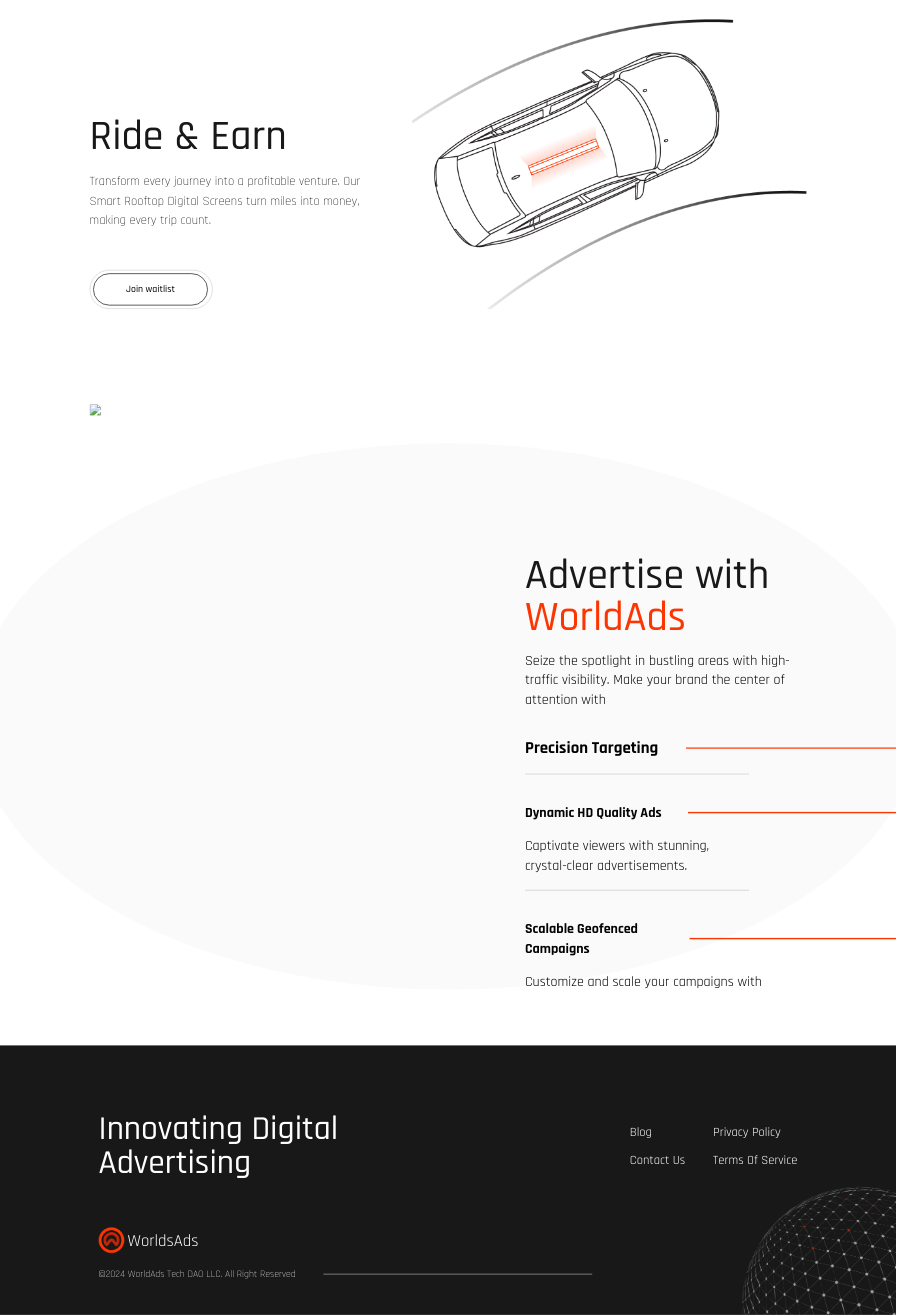
Repository: Abdul-Hannan232/worldAds
Page: /
The author's editor kept a copy of each file at every save. The page is drawn from the files as they stood at one save, then again after a run of saves.
The browser window is 1280 px wide. The page is 1283 px wide, so the pictures cover 1283 px, including what lies to the right of the window. The pictures show the part of the page from y = 2099 to 3979 px (the page is 3979 px tall), at 70% of full size.
An inner scrolling area shows only its first screen. The project was rebuilt for these pictures with package versions that can differ from the ones it lists, and the page was loaded fresh each time. The framework's server and built-in components were replaced by stand-ins that run in the browser. Also part of the build but not shown: next.config.mjs, app/component/NavContent.jsx.

Above is the page before, as saved 2024-05-09 20:25:03.

### app/page.tsx
import Image from "next/image";
import Header from "./component/Header"
import Main from "./component/Main";
import NavContent from "./component/NavContent";
import Advertise from "./component/advertise"
import Footer from "./component/footer"
import NodeOperator  from "./component/nodeOperator"
import RideEarn from "./component/rideEarn"
export default function Home() {
  return (
    <>
      <div>
        <Header />
        <Main />

        <NodeOperator/>
     <RideEarn/>
      <Advertise/>
      <Footer/>
      </div>
    </>
  );
}

### app/globals.css
@import url('https://fonts.googleapis.com/css2?family=Exo+2:ital,wght@0,100..900;1,100..900&family=Rajdhani:wght@300;400;500;600;700&display=swap');

@tailwind base;
@tailwind components;
@tailwind utilities;
html{
  scroll-behavior: smooth;
}
*{
  font-family: "Rajdhani", sans-serif;
  font-weight: 400;
  font-style: normal;
}
.background{
  background-image: url("/background.png");
  background-position: center;
  background-repeat: no-repeat;
  background-size: cover;

}
:root {
  --foreground-rgb: 0, 0, 0;
  --background-start-rgb: 214, 219, 220;
  --background-end-rgb: 255, 255, 255;
}

@media (prefers-color-scheme: dark) {
  :root {
    --foreground-rgb: 255, 255, 255;
    --background-start-rgb: 0, 0, 0;
    --background-end-rgb: 0, 0, 0;
  }
}

/* body {
  color: rgb(var(--foreground-rgb));
  background: linear-gradient(
      to bottom,
      transparent,
      rgb(var(--background-end-rgb))
    )
    rgb(var(--background-start-rgb));
} */

@layer utilities {
  .text-balance {
    text-wrap: balance;
  }
}

@font-face {
  font-family: 'font1';
  src: url('/assets/fonts/conthrax-sb.otf');
}

.font1{
  font-family: "font1" !important;
}

*{
  box-sizing: border-box !important
}

.gradient-color{
  background: radial-gradient(50% 50% at 50% 50%, #FC3603 11%, #BF2506 100%) !important;

}

### app/component/Header.jsx
"use client"
import React, { useState, useEffect } from 'react';
import NavContent from './NavContent';
import { RxCross2 } from "react-icons/rx";

const Header = () => {
    const [isDrawerOpen, setIsDrawerOpen] = useState(false);
    const [isHeaderFixed, setIsHeaderFixed] = useState(false);
    const [open, setOpen] = useState(false);

    const handleDrawerToggle = () => {
        setIsDrawerOpen(!isDrawerOpen);
        console.log('Drawer open state:', isDrawerOpen);
    };

    const dropDownOpen = () => {
        setOpen(!open);
    }

    useEffect(() => {
        const handleScroll = () => {
            const scrollPosition = window.scrollY;

            if (scrollPosition > 10) {
                setIsHeaderFixed(true);
            } else {
                setIsHeaderFixed(false);
            }
        };

        window.addEventListener('scroll', handleScroll);

        return () => {
            window.removeEventListener('scroll', handleScroll);
        };
    }, []);

    const scrollToSection = (sectionId) => {
        const section = document.getElementById(sectionId);
        if (section) {
            const topOffset = section.offsetTop;
            const windowHeight = window.innerHeight;
            const scrollTo = topOffset - (windowHeight / 2 - section.offsetHeight / 2);
            window.scrollTo({ top: scrollTo, behavior: 'smooth' });
        }
    };

    return (
        <div className={`fixed w-full z-40 ${isHeaderFixed ? 'bg-red-600 py-5 lg:p-5' : 'bg-transparent py-10 lg:p-10'}`}>
            <div className="relative w-[85%] mx-auto flex justify-between items-center bg-transparent">
                <img src="./assets/images/logo.png" alt="Logo" className="lg:w-52 lg:h-12 w-36 h-8" />

                <button
                    className="bg-[#FFFFFF1A] border-2 border-white lg:px-6 lg:py-3 px-3 py-1 hover:border rounded-[100px]"
                    type="button"
                    onClick={dropDownOpen}
                >
                    {open && (
                        <div className="absolute top-0 right-0 border-2 bg-red-600 border-white rounded-full p-2">
                            <ul className="px-5 flex items-center space-x-5 text-lg text-white justify-between">
                                <li><a href="#">About</a></li>
                                <li><a href="#nodeOperator" onClick={() => scrollToSection('nodeOperator')}>Node Operators</a></li>
                                <li><a href="#ride">Ride & Earn</a></li>
                                <li><a href="#advertise">Advertise With WorldAds</a></li>
                                <li><RxCross2 className="text-2xl font-bold" /></li>
                            </ul>
                        </div>
                    )}

                    <img src="./assets/images/bars.svg" alt="Menu" className="w-6" />
                </button>
            </div>
        </div>
    );
};

export default Header;

### app/component/Main.jsx
import React from 'react'

const Main = () => {
    return (
        <>
            <div className='gradient-color h-[700px] w-full rounded-b-[60px] lg:pt-40 pt-24 px-5  sm:px-16 pb-14 relative  '>
                <div className="lg:w-[90%] w-[95%] mx-auto">


                    <div className="lg:flex lg:items-center justify-between ">

                        <div className="my-4">
                            <h1 className="lg:text-5xl text-2xl  lg:w-[650px] lg:text-start text-center text-white font1 ">Empowering Connections Through Digital Out-of-Home Advertising</h1>



                        </div>

                        <div className='my-4'>

                            <p className='text-white text-left font-light lg:text-sm text-xs lg:text-start text-center lg:w-[300px]'>At Worldads, weare revolutionizing location-based advertising by harnessing the power of smart rooftop digital screens. Our innovative platform delivers programmatic advertisements that are not only precise but also captivating, tailored to the vehicles exact location and time.</p>
                        </div>
                    </div>

                    <div class="relative lg:w-[550px]  rounded-[100px] mt-10">

                        <input type="text" id="default-search" className="block w-full lg:p-5 p-3  -10 lg:text-sm text-xs text-gray-900 bg-[#FFFFFF1A] border border-white focus:ring-white focus:border-white rounded-[100px] placeholder:text-[#FFFFFF80] " placeholder="Enter your email address" required />
                        <button type="submit" className=" absolute end-1 top-1 font-bold bg-white hover:bg-white-800 focus:ring-4 font-bold focus:outline-none focus:ring-none font-medium rounded-[100px] lg:text-sm text-xs lg:px-8 px-5 lg:py-4 py-2">Join waitlist</button>
                    </div>

                 <div className='relative'>

                    <div className="flex items-center gap-3 lg:mt-40 mt-5 lg:justify-start justify-center ">
                            <img src="./assets/images/discord.png" />
                            <div>
                                <p className="text-white text-sm">Stay updated.</p>
                                <p className="text-white font-bold text-sm">Join our discord community</p>
                            </div>
                        </div>
                        <img src="./assets/images/Vector(Black).png" className="text-white absolute  lg:-top-52 right-0 top-14" />

                    </div>
                </div>
            </div>
        </>
    )
}

export default Main

### app/component/advertise.jsx
"use client"
import Image from "next/image";
import { useState } from "react";
export default function Advertise() {
  const [precision, setPrecision] = useState(false)
  const precisionOpen = () => {
    setPrecision(!precision)
  }

  return (
    <div className="">
      <div id="advertise" className="xl:pl-32 2xl:pl-40   lg:flex lg:mt-48 mt-32 w-full background gap-24">
        <div className="-mt-14">
          <Image src="" alt="image" width={226} height={426} className="lg:w-[526px] lg:h-[726px] 2xl:w-[650px] 2xl:h-[926px]  lg:mx-0 mx-auto" />
        </div>
        <div className="lg:w-[60%] w-[90%]  lg:mx-0 mx-auto lg:mt-40 mt-10">
          <h1 className="xl:text-6xl text-5xl 2xl:text-8xl lg:text-start text-center font-medium text-[#181818]">Advertise with</h1>
          <h1 className="xl:text-6xl text-5xl 2xl:text-8xl lg:text-start text-center font-medium text-[#FC3603]">WorldAds</h1>
          <p className="xl:text-xl lg:text-lg text-sm 2xl:text-2xl lg:w-[400px] 2xl:w-[600px] mt-4 lg:text-start text-center text-[#030303]">Seize the spotlight in bustling areas with high-traffic visibility. Make your brand the center of attention with</p>
          <div className="h-[400px] overflow-scroll ">
            <div className="flex items-center lg:justify-start justify-center w-full gap-5  mt-10">
              <h1 onClick={precisionOpen} className={`${precision?"xl:text-3xl text-[#7E7E7E33]":"xl:text-2xl text-[#030303]"}lg:text-2xl lg:text-start text-center  text-2xl 2xl:text-6xl xl:w-[70%] lg:w-[60%]  2xl:w-[90%] font-bold `}>Precision Targeting</h1>
              <hr className="border w-full lg:block hidden  border-[#FC3603]" />
            </div>
            {precision && (
              <p className="lg:text-xl text-sm 2xl:text-2xl lg:w-80 lg:text-start w-40 lg:mx-0 mx-auto text-center mt-5"> Reach your ideal audience at the right time and place.</p>

            )}
            <hr className="border lg:border-[#7E7E7E33]  border-[#FC3603] lg:w-80 w-60 lg:mx-0 mx-auto my-5" />
            <div className="flex items-center lg:justify-start justify-center gap-5 w-full mt-10">
              <h1 className="xl:text-xl lg:text-2xl  text-2xl  2xl:text-6xl font-bold lg:text-start text-center  xl:w-[50%] lg:w-[45%] 2xl:w-[60%] text-[#030303]">Dynamic HD Quality Ads</h1>
              <hr className="border  w-[370px] lg:block hidden 2xl:w-[400px] border-[#FC3603]" />
            </div>
            <p className="lg:text-xl text-sm 2xl:text-2xl lg:w-80 w-52 lg:mx-0 mx-auto  lg:text-start text-center mt-5">Captivate viewers with stunning, crystal-clear advertisements.</p>
            <hr className="border lg:border-[#7E7E7E33]  border-[#FC3603] lg:w-80 w-60 lg:mx-0 mx-auto my-5" />
            <div className="flex items-center lg:justify-start justify-center w-full mt-10">
              <h1 className="xl:text-xl lg:text-3xl  text-2xl  2xl:text-6xl font-bold lg:text-start text-center  xl:w-[80%] lg:w-[60%] 2xl:w-full text-[#030303]">Scalable Geofenced Campaigns</h1>
              <hr className="border  w-full lg:block hidden border-[#FC3603]" />
            </div>
            <p className="lg:text-xl text-sm 2xl:text-2xl  lg:text-start text-center  w-40 lg:mx-0 mx-auto   lg:w-96 mt-5">  Customize and scale your campaigns with precision.</p>
            <hr className="border lg:border-[#7E7E7E33]  border-[#FC3603] lg:w-80 w-60 lg:mx-0 mx-auto my-5" />
            <div className="border border-gray-300 xl:mt-14 mt-10 rounded-full lg:mx-0 mx-auto  xl:w-44 w-36 ">
              <button className="text-center text-sm border xl:p-3 md:p-3 p-2 rounded-full  xl:w-[164px] w-[133px] font-medium m-1 border-[#181818]">Join waitlist</button>
            </div>
          </div>
        </div>

      </div>
    </div>
  )
}

### app/component/footer.jsx
import Image from "next/image"
export default function Footer() {
    return (
        <div className="bg-[#181818] ] w-full mt-20 lg:py-12 pt-12 lg:p-4">
            <div className="lg:w-[80%] w-[90%] lg:flex items-center justify-between mx-auto py-12" >
                <div>
                    <h1 className="lg:text-5xl text-3xl  lg:w-[500px] w-[250px] lg:mx-0 mx-auto font-medium lg:text-start text-center text-white">Innovating Digital Advertising</h1>
                </div>
                <div className="lg:flex text-white lg:mt-0 mt-10 items-center gap-10">
                    <div>
                        <ul className="text-lg lg:text-start text-center space-y-3">
                            <li>Blog</li>
                            <li>Contact Us</li>
                        </ul>
                    </div>
                    <div>
                        <ul className="text-lg lg:mt-0 mt-3 lg:text-start text-center space-y-3">
                            <li>Privacy Policy</li>
                            <li>Terms Of Service</li>
                        </ul>
                    </div>
                </div>
            </div>
            <div className="text-white relative mx-auto mt-5 lg:w-[80%]">
                <div className="flex items-center gap-1 w-40 lg:w-[80%] lg:mx-0 mx-auto">
                    <Image src="/Group.png" alt="logo" width={37.49} height={37.49}  className="lo "/>
                    <h1 className="text-2xl font-meidum">WorldsAds</h1>
                </div>
                <div className="flex items-center lg:justify-start w-[90%] lg:mx-0 mx-auto lg:w-[80%] justify-center mt-5 gap-10">
                    <p className="lg:text-sm text-[12px] lg:text-start text-center  font-light ">©2024 WorldAds Tech DAO LLC. All Right Reserved </p>
                    <hr className="border lg:block hidden border-[#707070] w-96" />
                </div>
                <Image src="/FooterImage.png" alt="vector" width={231.11} height={231.11} className="absolute lg:-top-16 lg:block hidden z-20 lg:-right-36 "/>
                <Image src="/FooterImage (1).png" alt="vector" width={551.11} height={451.11} className=" lg:hidden block mt-10 "/>

            </div>
        </div>
    )
}

### app/component/nodeOperator.jsx
import React from 'react'
import Image from 'next/image'
const nodeOperator = () => {
    return (
        <>
            <div id="nodeOperator" className="lg:flex w-[80%] mt-80 h-screen mx-auto items-end justify-between">
                <div >
                    <Image src="/Group 1.png" alt="Image" width={203} height={207} className="lg:w-[493px] lg:h-[497px] lg:mx-0 mx-auto " />
                </div>
                <div  className="xl:w-[500px]  md:w-[400px] lg:mt-0 mt-10 lg:mx-0 mx-auto">
                    <h1 className="xl:text-6xl md:text-5xl text-3xl font-medium lg:text-start text-center text-[#181818]">Node operators</h1>
                    <p className="xl:text-xl lg:text-sm text-md font-light lg:w-auto md:w-80  lg:text-sm md:text-md text-xs  lg:mx-0 mx-auto text-[#030303] lg:text-start text-center mt-5">Become a cornerstone of digital advertising. Own a smart digital screen and start earning as advertisers choose your prime ad slots.</p>
                    <div className="border border-gray-300 xl:mt-14 mt-10 rounded-full lg:mx-0 mx-auto  xl:w-44 w-36 ">
                        <button className="text-center text-sm border xl:p-3 md:p-3 p-2 rounded-full  xl:w-[164px] w-[133px] font-medium m-1 border-[#181818]">Join waitlist</button>
                    </div>
                </div>
            </div>


            </>
  )
}

export default nodeOperator

### app/component/rideEarn.jsx
import React from 'react'
import Image from "next/image";

const rideEarn = () => {
  return (
    <div>
         <div id="ride"className="flex lg:flex-row flex-col-reverse h-screen w-[80%] mt-20 mx-auto items-end justify-between">
          <div className="xl:w-[410px] md:w-[400px] lg:mt-0 mt-10 lg:mx-0 mx-auto">
            <h1 className="xl:text-6xl md:text-5xl text-3xl font-medium lg:text-start text-center text-[#181818]">Ride & Earn</h1>
            <p className="xl:text-lg lg:w-auto md:w-80  lg:text-sm md:text-md text-xs font-light lg:w-auto  lg:mx-0 mx-auto text-[#030303] lg:text-start text-center mt-5">Transform every journey into a profitable venture. Our Smart Rooftop Digital Screens turn miles into money, making every trip count.</p>
            <div className="border border-gray-300 xl:mt-14 mt-10 rounded-full lg:mx-0 mx-auto  xl:w-44 w-36 ">
              <button className="text-center text-sm border xl:p-3 md:p-3 p-2 rounded-full  xl:w-[164px] w-[133px] font-medium m-1 border-[#181818]">Join waitlist</button>
            </div>
          </div>
          <div >
            <Image src="/GroupCroped.png" alt="Image" width={453} height={357} className="lg:w-[563.48px] lg:h-[450.27px] lg:mx-0 mx-auto " />
          </div>
        </div>
    </div>
  )
}

export default rideEarn

Loaded but not shown: app/layout.tsx (common file); tailwind.config.ts (common file)

After the next 2 saves:
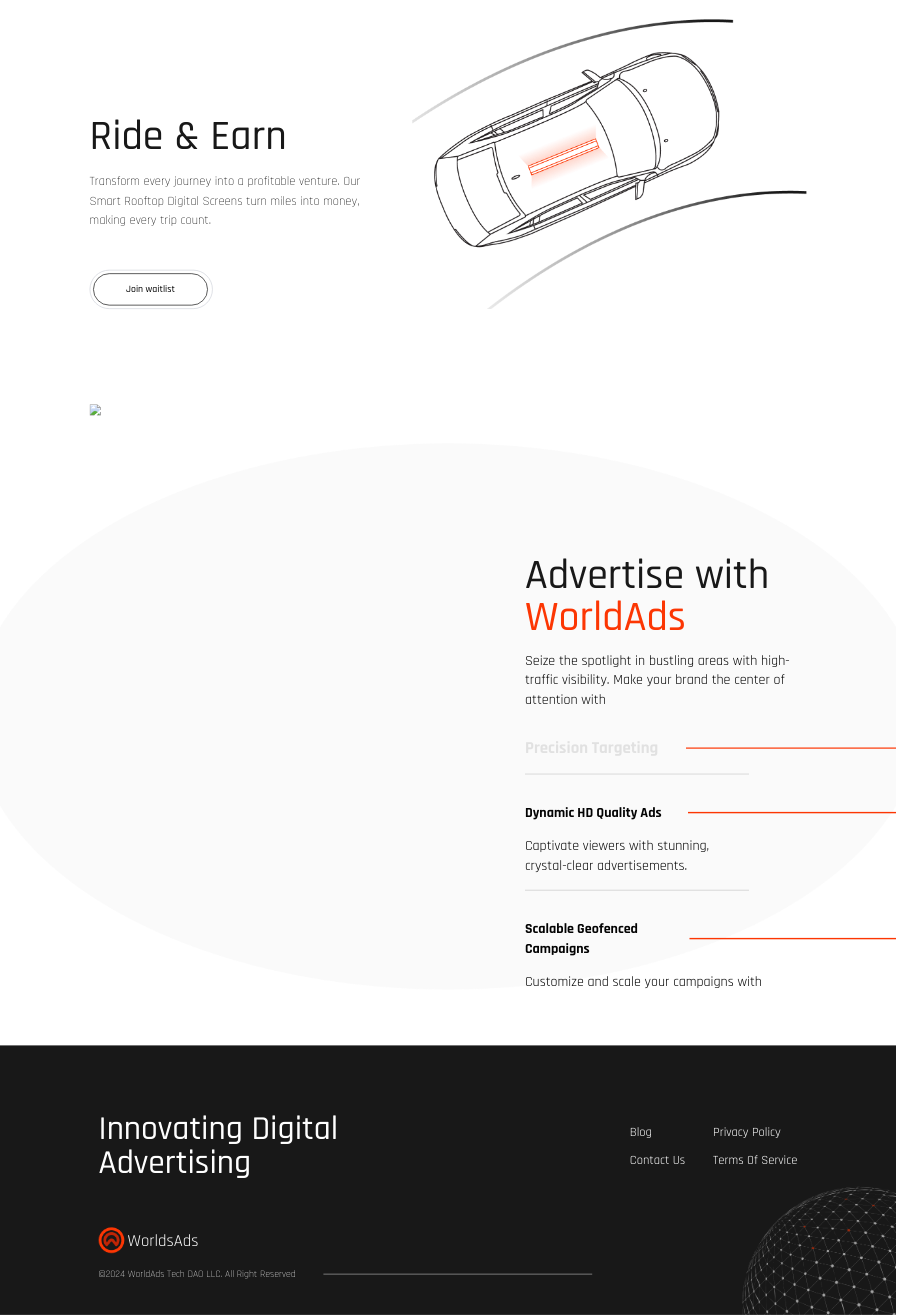
The 2 saves are shown as one change because they came seconds apart.
The last was saved 2 min 7 s later.
--- a/app/component/advertise.jsx
+++ b/app/component/advertise.jsx
@@ -19,7 +19,7 @@
           <p className="xl:text-xl lg:text-lg text-sm 2xl:text-2xl lg:w-[400px] 2xl:w-[600px] mt-4 lg:text-start text-center text-[#030303]">Seize the spotlight in bustling areas with high-traffic visibility. Make your brand the center of attention with</p>
           <div className="h-[400px] overflow-scroll ">
             <div className="flex items-center lg:justify-start justify-center w-full gap-5  mt-10">
-              <h1 onClick={precisionOpen} className={`${precision?"xl:text-3xl text-[#7E7E7E33]":"xl:text-2xl text-[#030303]"}lg:text-2xl lg:text-start text-center  text-2xl 2xl:text-6xl xl:w-[70%] lg:w-[60%]  2xl:w-[90%] font-bold `}>Precision Targeting</h1>
+              <h1 onClick={precisionOpen} className={`${precision?"xl:text-3xl":"xl:text-2xl text-[#030303]"}lg:text-2xl  text-[#7E7E7E33] lg:text-start text-center  text-2xl 2xl:text-6xl xl:w-[70%] lg:w-[60%]  2xl:w-[90%] font-bold `}>Precision Targeting</h1>
               <hr className="border w-full lg:block hidden  border-[#FC3603]" />
             </div>
             {precision && (

After the save that followed:
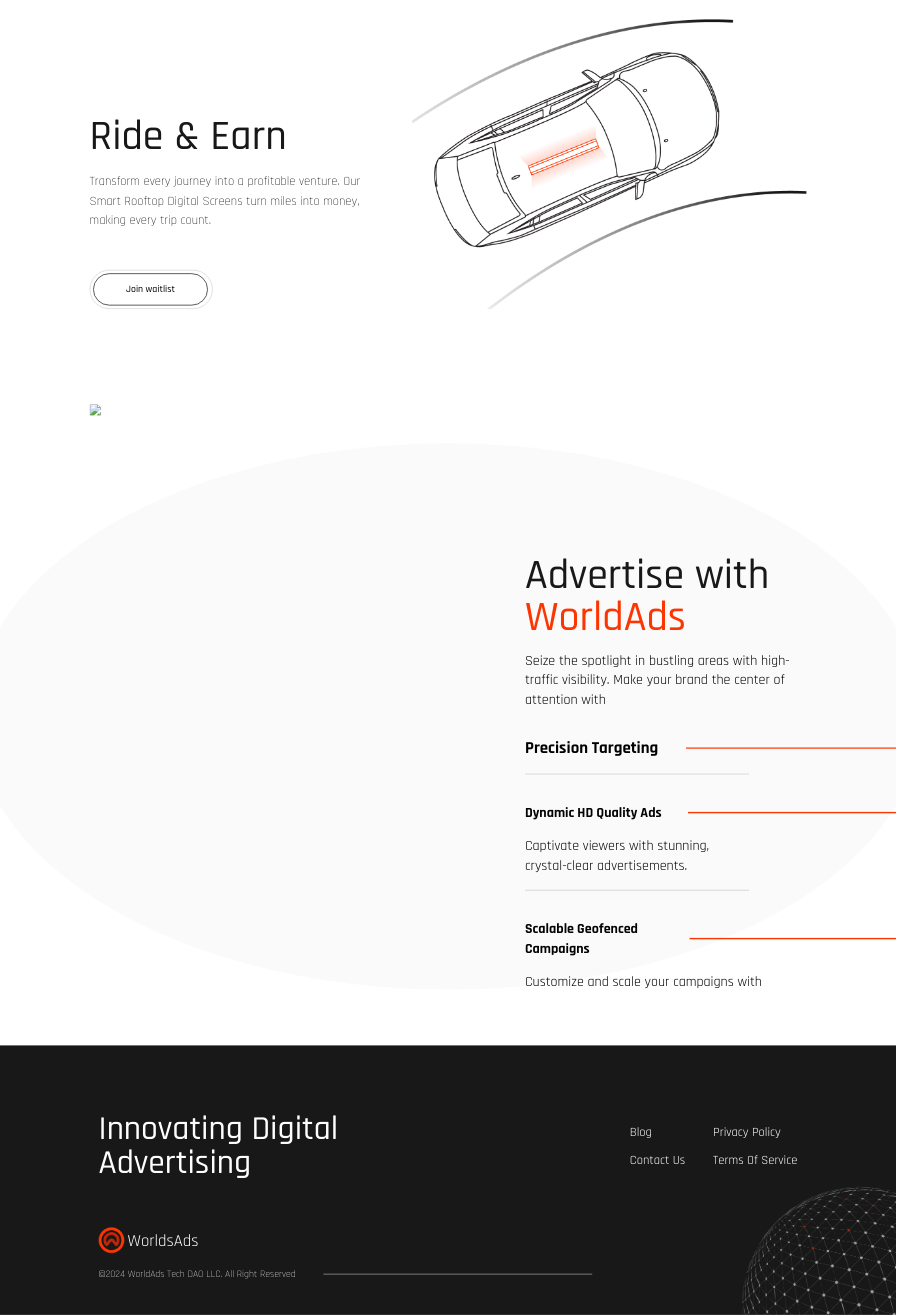
Saved 19 s later.
--- a/app/component/advertise.jsx
+++ b/app/component/advertise.jsx
@@ -19,7 +19,7 @@
           <p className="xl:text-xl lg:text-lg text-sm 2xl:text-2xl lg:w-[400px] 2xl:w-[600px] mt-4 lg:text-start text-center text-[#030303]">Seize the spotlight in bustling areas with high-traffic visibility. Make your brand the center of attention with</p>
           <div className="h-[400px] overflow-scroll ">
             <div className="flex items-center lg:justify-start justify-center w-full gap-5  mt-10">
-              <h1 onClick={precisionOpen} className={`${precision?"xl:text-3xl":"xl:text-2xl text-[#030303]"}lg:text-2xl  text-[#7E7E7E33] lg:text-start text-center  text-2xl 2xl:text-6xl xl:w-[70%] lg:w-[60%]  2xl:w-[90%] font-bold `}>Precision Targeting</h1>
+              <h1 onClick={precisionOpen} className={`${precision?"xl:text-3xl text-[#7E7E7E33]":"xl:text-2xl text-[#030303]"}lg:text-2xl lg:text-start text-center  text-2xl 2xl:text-6xl xl:w-[70%] lg:w-[60%]  2xl:w-[90%] font-bold `}>Precision Targeting</h1>
               <hr className="border w-full lg:block hidden  border-[#FC3603]" />
             </div>
             {precision && (
